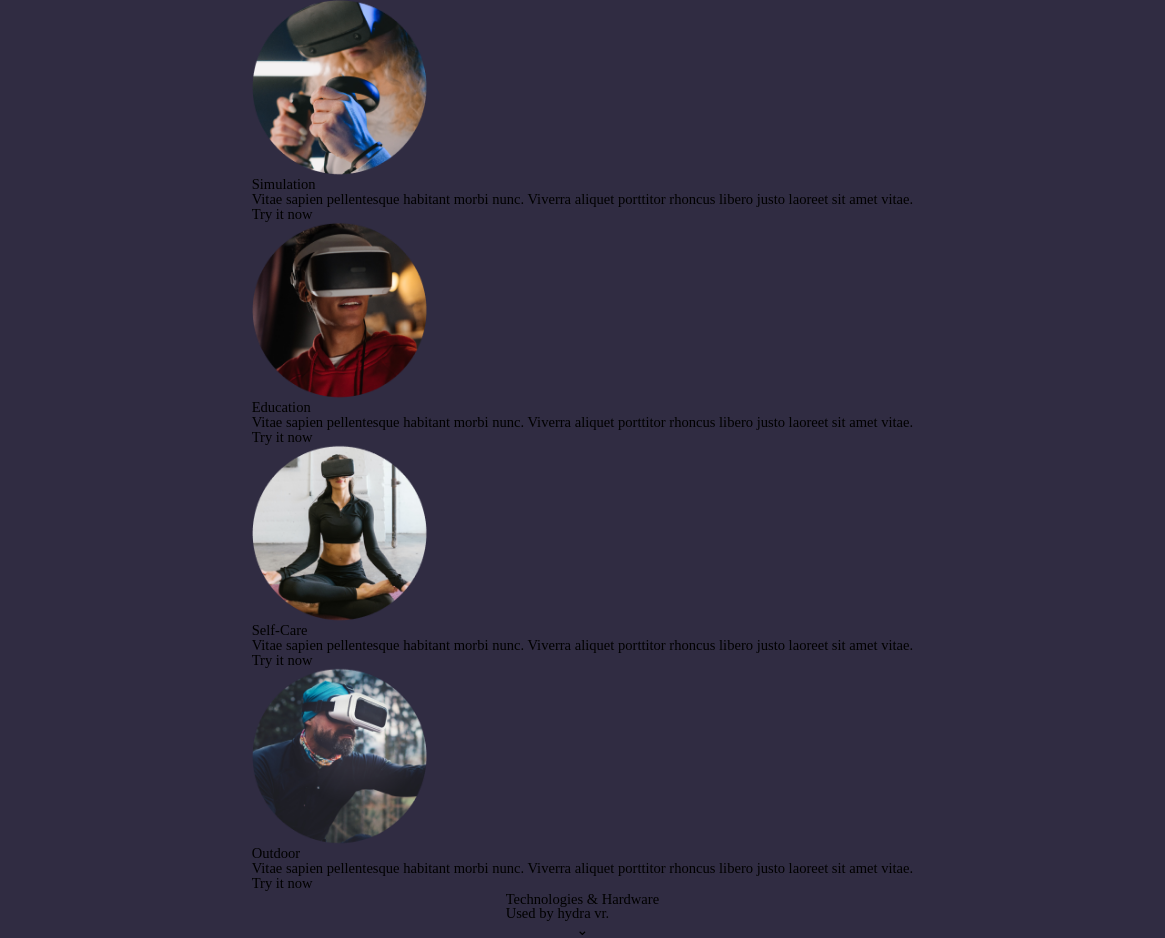
Repository: xMargi/Hydra-LandingPage
Page: index.html
The author's editor kept a copy of each file at every save. The page is drawn from the files as they stood at one save, then again after the next save.
The browser window is 1280 px wide. The pictures show the whole page, at 91% of full size.

Above is the page before, as saved 2023-06-07 20:03:06.

### index.html
    <!DOCTYPE html>
    <html lang="pt-br">
    <head>
        <meta charset="UTF-8">
        <meta http-equiv="X-UA-Compatible" content="IE=edge">
        <meta name="viewport" content="width=device-width, initial-scale=1.0">
        <title>Hydra - Landing Page</title>
        <link rel="stylesheet" href="./reset.css">
        <link rel="stylesheet" href="./style.css">
    </head>
    <body>
        <div class="cartoes">
            <div class="cartao">
                <img src="./assets/1.png" alt="Mulher jogando em realidade virtual">
                <h1 class="cartao__titulo">Simulation</h1>
                <p class="cartao__paragrafo">Vitae sapien pellentesque habitant morbi
                nunc. Viverra aliquet porttitor rhoncus
                libero justo laoreet sit amet vitae.</p>
                <button class="cartao__button">Try it now</button>
            </div>
            <div class="cartao">
                <img src="./assets/2.png" alt="Homem usando um óculos de realidade virtual">
                <h1 class="cartao__titulo">Education</h1>
                <p class="cartao__paragrafo">Vitae sapien pellentesque habitant morbi
                nunc. Viverra aliquet porttitor rhoncus
                libero justo laoreet sit amet vitae.</p>
                <button class="cartao__button">Try it now</button>
            </div>
            <div class="cartao">
                <img src="./assets/3.png" alt="Mulher meditando com óculos de realidade virtual">
                <h1 class="cartao__titulo">Self-Care</h1>
                <p class="cartao__paragrafo">Vitae sapien pellentesque habitant morbi
                nunc. Viverra aliquet porttitor rhoncus
                libero justo laoreet sit amet vitae.</p>
                <button class="cartao__button">Try it now</button>
            </div>
            <div class="cartao">
                <img src="./assets/4.png" alt="Homem fazendo exercicíos utilizando um óculos de realidade virtual">
                <h1 class="cartao__titulo">Outdoor</h1>
                <p class="cartao__paragrafo">Vitae sapien pellentesque habitant morbi
                nunc. Viverra aliquet porttitor rhoncus
                libero justo laoreet sit amet vitae.</p>
                <button class="cartao__button">Try it now</button>
            </div>
        </div>
        <div class="container__imagem">
            <h1 class="imagem__titulo">Technologies & Hardware</h1>
            <p class="imagem__paragrafo">Used by hydra vr.</p>
        </div>
        <button class="botao__baixo">&#8964</button>
        <script src="./script.js"></script>
    </body>
    </html>

### style.css
@import url('https://fonts.googleapis.com/css2?family=Montserrat:wght@300;400;700&display=swap');

:root{

    --fonte: 'Montserrat', sans-serif;
    --cor-fundo: #302C42;
    --cor-cartao: radial-gradient(50% 50% at 50% 50%, #433D60 0%, #211E2E 100%);
    --cor-button: linear-gradient(90deg, #8176AF 0%, #C0B7E8 100%);
    --cor-branca: #FFFFFF;
    --cor-texto: #343045;

}

body{
    box-sizing: border-box;
    background: var(--cor-fundo);
    display: flex;
    align-items: center;
    flex-direction: column;
    padding: ;

}

Loaded but not shown: main/reset.css (common file); script.js (no copy from this time; the picture is the same without it)

After the next save:
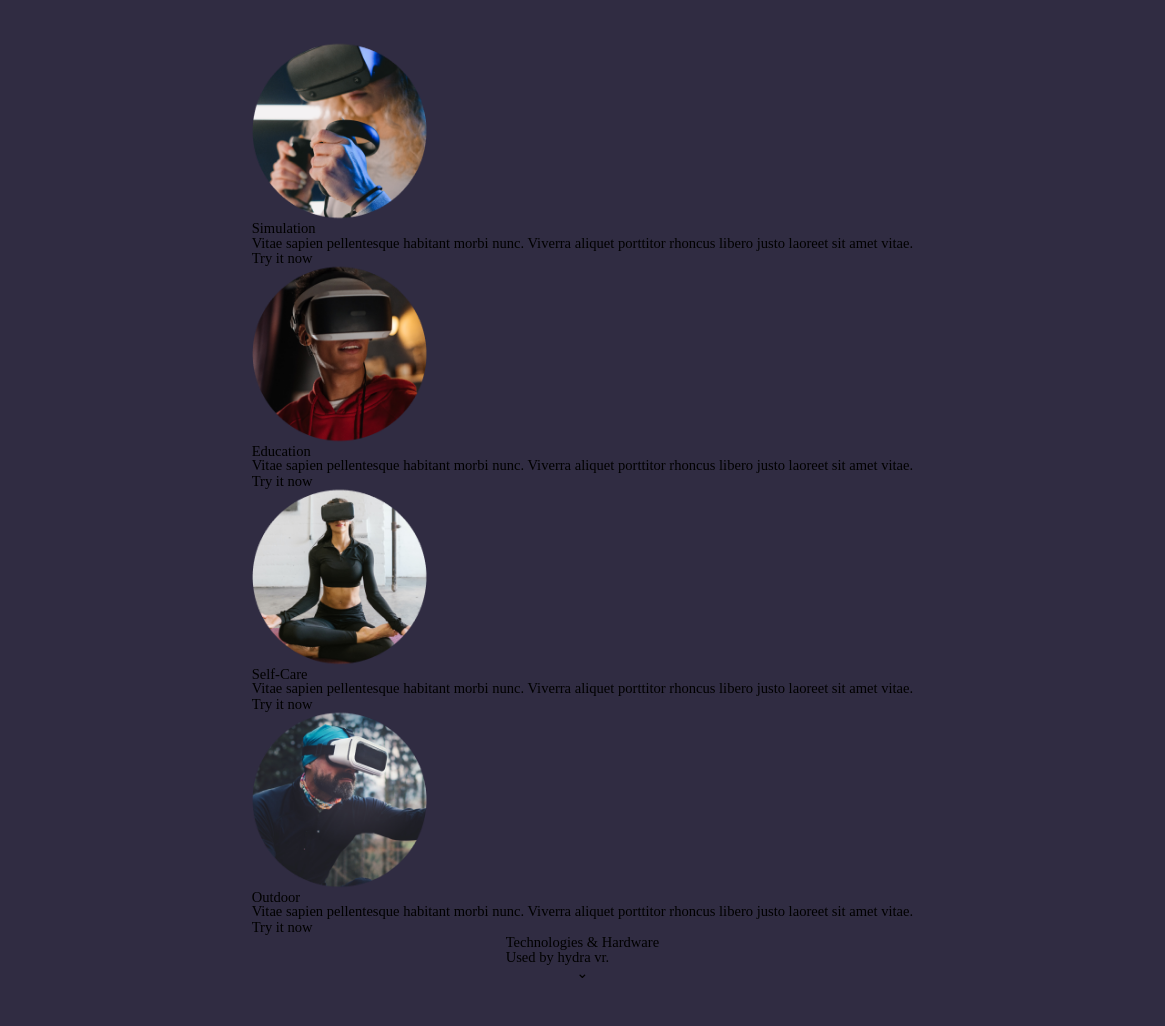
Saved 15 s later.
--- a/style.css
+++ b/style.css
@@ -17,6 +17,6 @@ body{
     display: flex;
     align-items: center;
     flex-direction: column;
-    padding: ;
+    padding: 48px 87px;
 
 }
